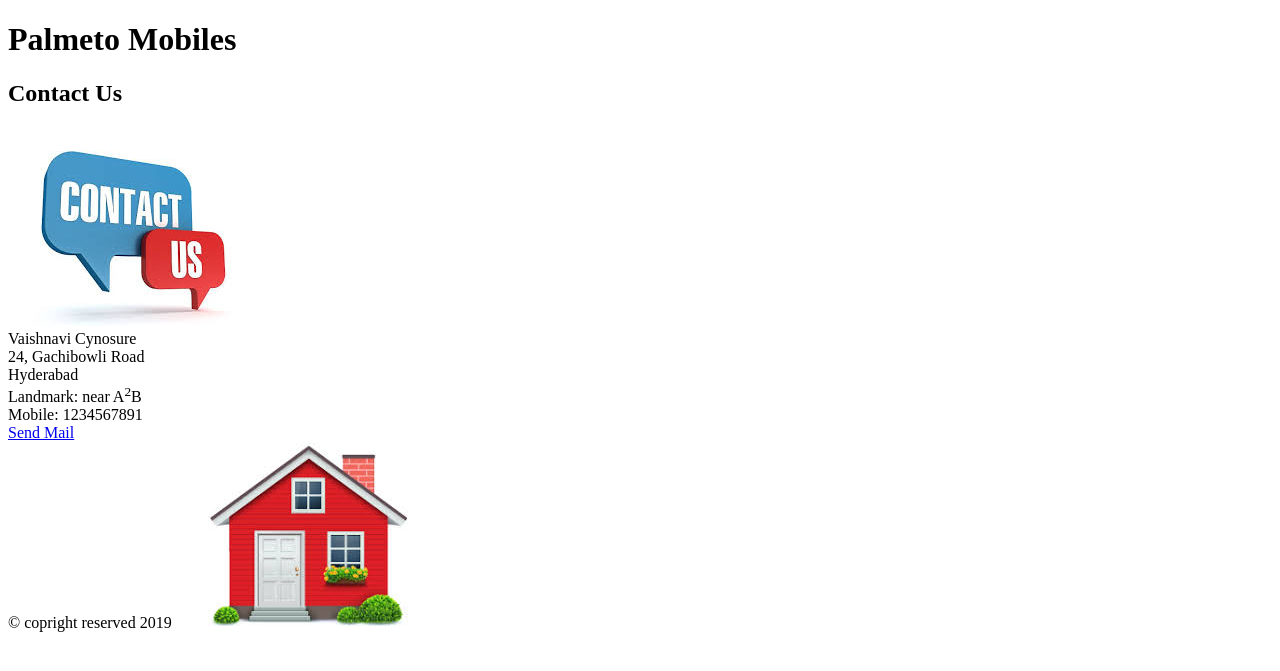
Repository: abhishekj720/HSBCLearn
Page: html/HtmlCssDemo/WebContent/ContactUs.html
These files come from the project's save history. The page is drawn as it stood at one moment and after the next save; the edit follows.
The browser window is 1280 px wide. The pictures show the whole page.

Above is the page before, as saved 2019-07-29 06:47:31.

### html/HtmlCssDemo/WebContent/ContactUs.html
<!DOCTYPE html>
<html>
<head>
<meta charset="UTF-8" keywords="palmeto, corporate training">
<title>Palmeto - Contact Us</title>
</head>
<body>
	<header>
		<h1>Palmeto Mobiles</h1>
	</header>
	<article>
		<h2>Contact Us</h2>
		<div>
		<img src = "images/contactus.jpg"/><br/>
		<span>Vaishnavi Cynosure</span><br/>
		<span>24, Gachibowli Road</span><br/>
		<span>Hyderabad</span><br/>
		<span>Landmark: near A<sup>2</sup>B</span><br/>
		<span>Mobile: 1234567891</span><br/>
		<span><a href="mailto:hr@palmeto.com">Send Mail</a></span>
		</div>
	</article>
	<footer>
		&copy; copright reserved 2019
		<a href="home.html"><img src = "images/home.jpg"/></a>
	</footer>
</body>
</html>

After the next save:
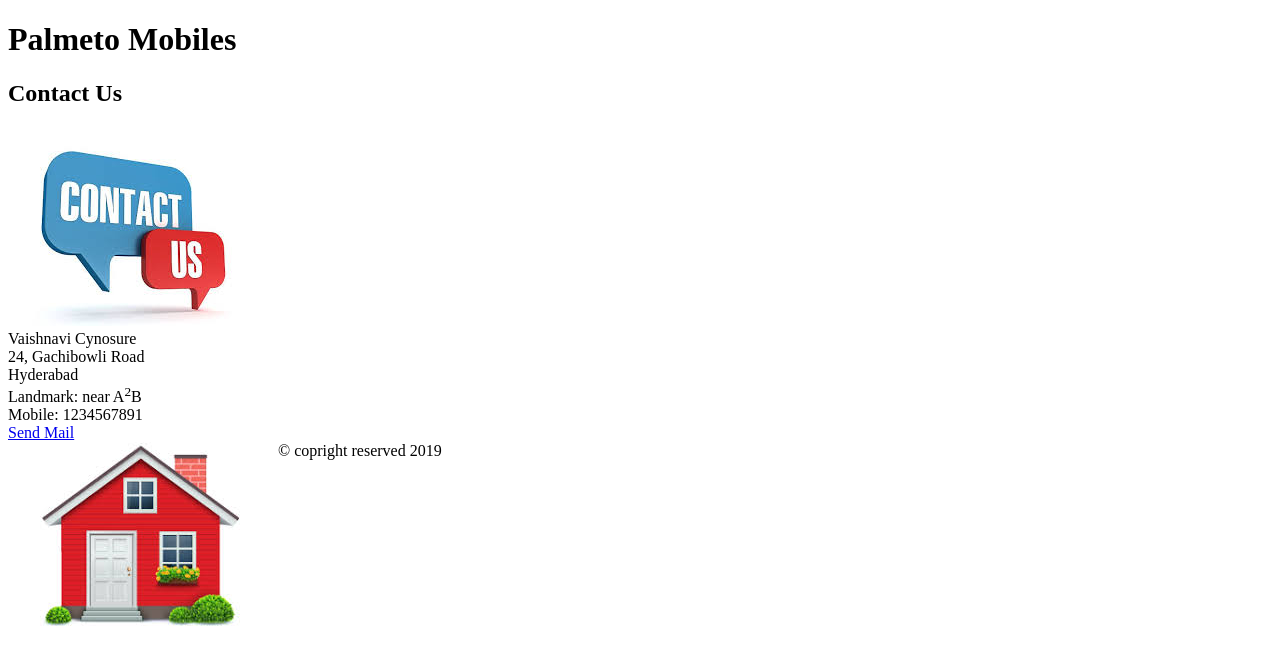
Saved 2 min 2 s later.
--- a/html/HtmlCssDemo/WebContent/ContactUs.html
+++ b/html/HtmlCssDemo/WebContent/ContactUs.html
@@ -22,7 +22,7 @@
 	</article>
 	<footer>
 		&copy; copright reserved 2019
-		<a href="home.html"><img src = "images/home.jpg"/></a>
+		<a href="home.html"><img src = "images/home.jpg" align="left"/></a>
 	</footer>
 </body>
 </html>
